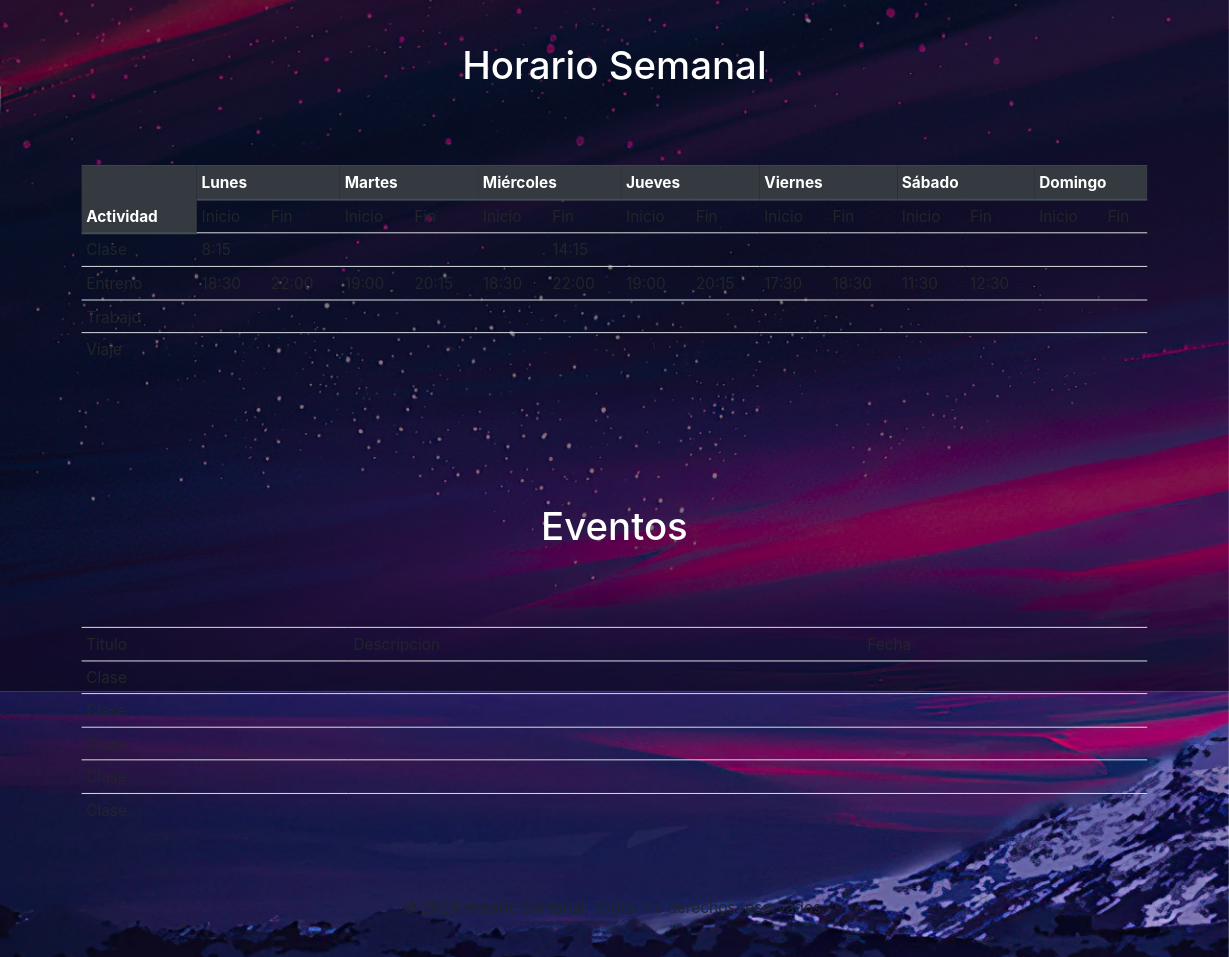
Repository: demoniers/demonIers.github.io
Page: calendar/index.html
These files come from the project's save history. The page is drawn as it stood at one moment and after the next save; the edit follows.
The browser window is 1280 px wide. The pictures show the whole page, at 96% of full size.
Backgrounds fixed to the window are drawn as part of the page. Some web libraries are served in a nearby version.

Above is the page before, as saved 2024-10-16 13:36:40.

### calendar/index.html
<!DOCTYPE html>
<html lang="es">
<head>
  <meta charset="UTF-8">
  <link rel="icon" type="image/x-icon" href="/img/icon.ico">
  <meta name="viewport" content="width=device-width, initial-scale=1.0">
  <title>Organigrama</title>
  <link href="https://stackpath.bootstrapcdn.com/bootstrap/4.5.2/css/bootstrap.min.css" rel="stylesheet">
  <link rel="stylesheet" href="./css/style.css">
  <!DOCTYPE html>
  <html lang="es">
  <head>
    <meta charset="UTF-8">
    <meta name="viewport" content="width=device-width, initial-scale=1.0">
    <title>Horario Semanal</title>
    <link href="https://stackpath.bootstrapcdn.com/bootstrap/4.5.2/css/bootstrap.min.css" rel="stylesheet">
  </head>
  <body>
    <div class="paralax"></div>
      <div class="content">
        <header class="text-white text-center py-4">
          <h1>Horario Semanal</h1>
        </header>
        <main class="container my-5">
          <table class="table table-sm">
            <thead class="thead-dark">
                <tr>
                  <th rowspan="2">Actividad</th>
                  <th colspan="2">Lunes</th>
                  <th colspan="2">Martes</th>
                  <th colspan="2">Miércoles</th>
                  <th colspan="2">Jueves</th>
                  <th colspan="2">Viernes</th>
                  <th colspan="2">Sábado</th>
                  <th colspan="2">Domingo</th>
                </tr>
                <tr>
                  <td class="cuerpo">Inicio</td>
                  <td class="cuerpo">Fin</td>
                  <td class="cuerpo">Inicio</td>
                  <td class="cuerpo">Fin</td>
                  <td class="cuerpo">Inicio</td>
                  <td class="cuerpo">Fin</td>
                  <td class="cuerpo">Inicio</td>
                  <td class="cuerpo">Fin</td>
                  <td class="cuerpo">Inicio</td>
                  <td class="cuerpo">Fin</td>
                  <td class="cuerpo">Inicio</td>
                  <td class="cuerpo">Fin</td>
                  <td class="cuerpo">Inicio</td>
                  <td class="cuerpo">Fin</td>
                </tr>
            </thead>
            <tbody>
              <tr>
                <td>Clase</td>
                <td colspan="5" class="cuerpo">8:15</td>
                <td colspan="5" class="cuerpo">14:15</td>
                <td class="cuerpo"></td>
                <td class="cuerpo"></td>
                <td class="cuerpo"></td>
                <td class="cuerpo"></td>
              </tr>
              <tr>
                <td>Entreno</td>
                <td class="cuerpo">18:30 </td><td class="cuerpo"> 22:00</td>
                <td class="cuerpo">19:00 </td><td class="cuerpo"> 20:15</td>
                <td class="cuerpo">18:30 </td><td class="cuerpo"> 22:00</td>
                <td class="cuerpo">19:00 </td><td class="cuerpo"> 20:15</td>
                <td class="cuerpo">17:30 </td><td class="cuerpo"> 18:30</td>
                <td class="cuerpo">11:30 </td><td class="cuerpo"> 12:30</td>
                <td class="cuerpo"></td><td class="cuerpo"> </td>
              </tr>
              <tr>
                <td>Trabajo</td>
                <td class="cuerpo"></td><td class="cuerpo"> </td>
                <td class="cuerpo"></td><td class="cuerpo"> </td>
                <td class="cuerpo"></td><td class="cuerpo"> </td>
                <td class="cuerpo"></td><td class="cuerpo"> </td>
                <td class="cuerpo"></td><td class="cuerpo"> </td>
                <td class="cuerpo"></td><td class="cuerpo"> </td>
                <td class="cuerpo"></td><td class="cuerpo"> </td>
              </tr>
              <tr>
                <td>Viaje</td>
                <td class="cuerpo"></td><td class="cuerpo"> </td>
                <td class="cuerpo"></td><td class="cuerpo"> </td>
                <td class="cuerpo"></td><td class="cuerpo"> </td>
                <td class="cuerpo"></td><td class="cuerpo"> </td>
                <td class="cuerpo"></td><td class="cuerpo"> </td>
                <td class="cuerpo"></td><td class="cuerpo"> </td>
                <td class="cuerpo"></td><td class="cuerpo"> </td>
              </tr>
            </tbody>
          </table>
        </main>
        <br><br><br>
        <header class="text-white text-center py-4">
          <h1>Eventos</h1>
        </header>
        <main class="container my-5">
          <table class="table table-sm">
            <thead class="">
                <tr>
                  <td class="cuerpo">Titulo</td>
                  <td class="cuerpo">Descripcion</td>
                  <td class="cuerpo">Fecha</td>
                </tr>
            </thead>
            <tbody>
              <tr>
                <td>Clase</td>
                <td class="cuerpo"></td>
                <td class="cuerpo"></td>
              </tr>
              <tr>
                <td>Clase</td>
                <td class="cuerpo"></td>
                <td class="cuerpo"></td>
              </tr>
              <tr>
                <td>Clase</td>
                <td class="cuerpo"></td>
                <td class="cuerpo"></td>
              </tr>
              <tr>
                <td>Clase</td>
                <td class="cuerpo"></td>
                <td class="cuerpo"></td>
              </tr>
              <tr>
                <td>Clase</td>
                <td class="cuerpo"></td>
                <td class="cuerpo"></td>
              </tr>
            </tbody>
          </table>
        </main>
        <footer class="text-center py-4">
          <p>&copy; 2024 Horario Semanal. Todos los derechos reservados.</p>
        </footer>
      </div>

    <script src="https://code.jquery.com/jquery-3.5.1.slim.min.js"></script>
    <script src="https://cdn.jsdelivr.net/npm/@popperjs/core@2.5.2/dist/umd/popper.min.js"></script>
    <script src="https://stackpath.bootstrapcdn.com/bootstrap/4.5.2/js/bootstrap.min.js"></script>
  </body>
  </html>

### calendar/css/style.css
        /* Estilo que aplica al cuerpo de la página */

        body, html {
            background-image: url(../img/fondo.jpg);
            height: 100%;
            background-attachment:fixed;
            background-repeat: no-repeat;/*
            background-position: center;
            background-size: cover;*/
        }
        .content {
            height: 100%;
            padding: 20px;
            background: rgba(0, 0, 0, 0.5);
        }
        table tr th td {
            background-color:none;
            border: 1px;
        }

After the next save:
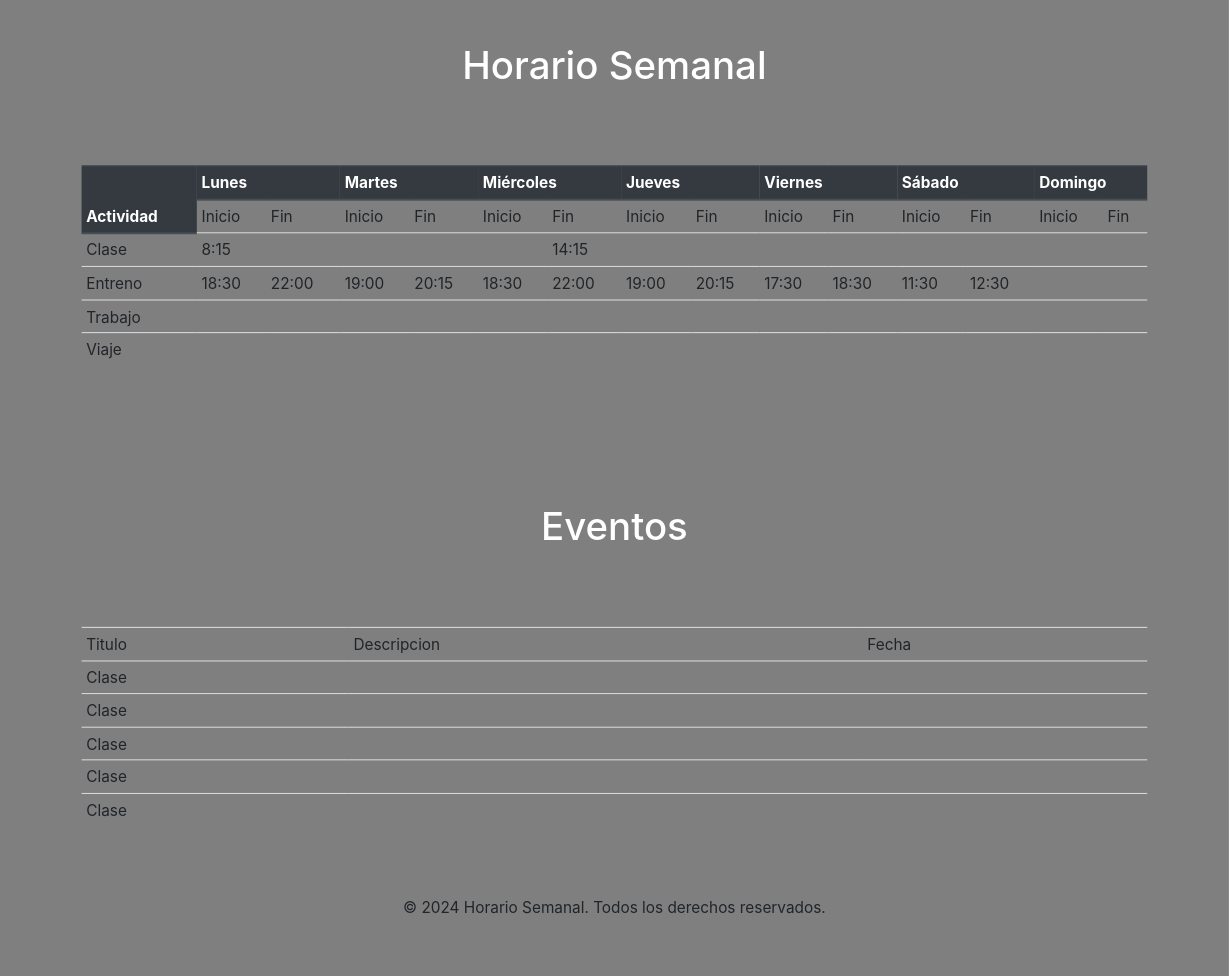
Saved 3 min 27 s later.
--- a/calendar/css/style.css
+++ b/calendar/css/style.css
@@ -1,12 +1,14 @@
         /* Estilo que aplica al cuerpo de la página */
 
-        body, html {
+        body, html {/*
+            background-position: center;
+            background-size: cover;*/
+        }
+        .paralax {
             background-image: url(../img/fondo.jpg);
             height: 100%;
             background-attachment:fixed;
-            background-repeat: no-repeat;/*
-            background-position: center;
-            background-size: cover;*/
+            background-repeat: no-repeat;
         }
         .content {
             height: 100%;
